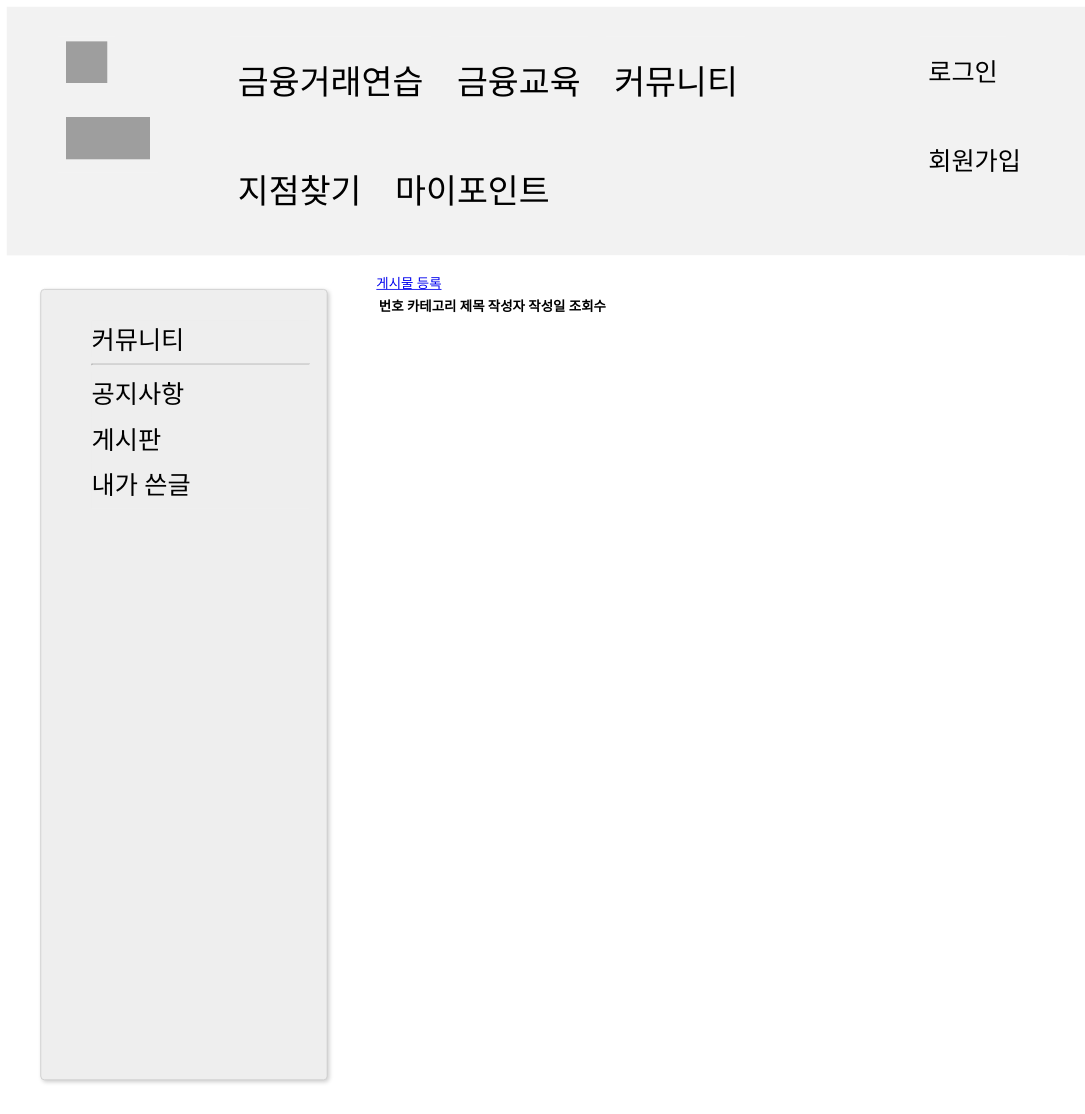
Repository: syc98syc/KB04_TeamProject
Page: http://localhost/jgig/WEB-INF/jsp/board/list.jsp
These files come from the project's save history. The page is drawn as it stood at one moment and after the next save; the edit follows.
The browser window is 1280 px wide. The page is 1292 px wide, so the pictures cover 1292 px, including what lies to the right of the window. The pictures show the whole page, at 84% of full size.
Pictures or frames that could not be fetched are drawn as grey boxes. Some web fonts or font styles are not loaded; a fallback is used. The page is served by Tomcat 9. Nobody is signed in. Other server files are loaded and not shown. The template is opened directly, without the code that normally fills it, so the values that code supplies are empty.

Above is the page before, as saved 2023-09-07 01:31:38.

### jgig/src/main/webapp/WEB-INF/jsp/board/list.jsp
<%@ page language="java" contentType="text/html; charset=UTF-8"
    pageEncoding="UTF-8"%>
<%@ taglib uri="http://java.sun.com/jsp/jstl/core" prefix="c" %>
<!DOCTYPE html>
<html>
<head>
<meta charset="UTF-8">
<title>웹게시물 목록</title>
<style>
#content {
 	margin-left: 420px; /* 사이드바 너비 + 여백만큼 오른쪽으로 밀어줍니다. */
    flex-grow: 1; /* 남은 공간을 모두 차지하도록 설정 */
    background-color: #fff; /* 배경색 설정 */
    padding: 20px; /* 내부 여백 설정 */
}
</style>
</head>
<body>
<%@ include file="../include/top_navbar.jsp" %>
<%@ include file="../include/left_navbar.jsp" %>
<div id="content">
	<a href="/jgig/board_insert_form">게시물 등록</a> <br>
	<table>
		<tr>
		<th>번호</th>
		<th>카테고리</th>
		<th>제목</th>
		<th>작성자</th>
		<th>작성일</th>
		<th>조회수</th>
		<c:forEach items="${board_list}" var="brd">
		<tr>
			<td>${brd.brd_id }</td>
			<td>${brd.brd_category }</td>
			<td><a href="board_detail?no=${brd.brd_id}">${brd.title}</a></td>
			<td>${brd.mem_id }</td>
			<td>${brd.brd_date_created }</td>
			<td>${brd.brd_view }</td>
		</tr>
		</c:forEach>
	</table>

</div>
</body>
</html>

### jgig/src/main/webapp/WEB-INF/jsp/include/top_navbar.jsp
<%@ page language="java" contentType="text/html; charset=UTF-8"
    pageEncoding="UTF-8"%>
<!DOCTYPE html>
<html>
<head>
<meta charset="UTF-8">
<title>Insert title here</title>
<style>
@import url('https://fonts.googleapis.com/css2?family=Nanum+Gothic+Coding:wght@700&display=swap');  /* 글꼴 */

/* 상단 메뉴 스타일 */
        #top-menu {
            background-color: #F2F2F2;
            color: #fff;
            padding: 10px;
            width: 100%;
             display: flex;
  justify-content: center;
        }


    #img1 {
		width: 7vmin;
		height: 7vmin;
	}


	#img2 {
		width: 14vmin;
		height: 7vmin;
	}

	#top-menu a {
    color: #000; /* 링크 글꼴 색상 설정 */
    text-decoration: none; /* 링크 밑줄 제거 */
}

	#top-menu ul{
		list-style: none;
	}
	#top-menu li{
		font-family: 'Nanum Gothic Coding', cursive;
		float: left;
		background: #F2F2F2;
		padding:5px 10px;
		font-size: 40px;
		margin: 10px;
	}

	#top-menu ul li a{
		line-height: 2.5;
	}

	#nav3 ul li{
		font-size:30px;
	}
</style>
</head>
<body>
	<div id = "top-menu">
		<nav id = "nav1">
				<ul>
					<li><img id="img1" src="../resources/img/KB.png"></li>
					<li><img id="img2" src="../resources/img/지금입금.png"></li>
				</ul>
		</nav id = "nav2">
		<nav>
				<ul>
					<li class="menu1"><a href="#">금융거래연습</a></li>
					<li class="menu2"><a href="#">금융교육</a></li>
					<li class="menu3"><a href="#">커뮤니티</a></li>
					<li class="menu4"><a href="#">지점찾기</a></li>
					<li class="menu5"><a href="#">마이포인트</a></li>
				</ul>
		</nav>
		<nav id = "nav3">
				<ul>
					<li class="menu6"><a href="#">로그인</a></li>
					<li class="menu7"><a href="#">회원가입</a></li>
				</ul>
		</nav>
	</div>

</body>
</html>

### jgig/src/main/webapp/WEB-INF/jsp/include/left_navbar.jsp
<%@ page language="java" contentType="text/html; charset=UTF-8"
    pageEncoding="UTF-8"%>
<!DOCTYPE html>
<html>
<head>
<meta charset="UTF-8">
<title>Insert title here</title>
<style>

@import url('https://fonts.googleapis.com/css2?family=Nanum+Gothic+Coding:wght@700&display=swap');  /* 글꼴 */
/* 좌측 사이드바 스타일 */
#sidebar {
    width: 300px; /* 박스 컨테이너의 너비 설정 */
    height: 900px; /* 박스 컨테이너의 높이 설정 */
    background-color: #eee; /* 배경색 설정 */
    color: #000; /* 글꼴 색상 설정 */
    padding: 20px; /* 내부 여백 설정 */
    border: 1px solid #ccc; /* 박스 컨테이너의 테두리 설정 */
    border-radius: 5px; /* 박스 컨테이너의 모서리를 둥글게 설정 */
    box-shadow: 2px 2px 5px rgba(0, 0, 0, 0.2); /* 그림자 효과 추가 */
    line-height: normal;
    display: inline-block;
    vertical-align: middle;
    margin: 40px;
    float: left; /*왼쪽에 떠있게*/
}

/* 좌측 사이드바 링크 스타일 */
#sidebar a {
    color: #000; /* 링크 글꼴 색상 설정 */
    text-decoration: none; /* 링크 밑줄 제거 */
}

/* 좌측 사이드바 링크 호버 스타일 */
#sidebar a:hover {
    text-decoration: underline; /* 호버 상태에서 밑줄 추가 */
}

/* 좌측 사이드바 제목 스타일 */
#sidebar
	ul{
		list-style: none;
	}
	li{
		font-family: 'Nanum Gothic Coding', cursive;
		display: block; /* 각 <li> 요소를 한 줄에 하나씩 표시 */
		background: #eee;
		font-size: 30px;
	}

	#sidebar ul li a{
		line-height: 1.8;
	}

</style>
</head>
<body>
	<div id = "sidebar">
		<nav>
				<ul>
					<li>커뮤니티</li> <hr>
					<li class="menu1"><a href="#">공지사항</a></li>
					<li class="menu2"><a href="#">게시판</a></li>
					<li class="menu3"><a href="#">내가 쓴글</a></li>
				</ul>
		</nav>
	</div>

</body>
</html>

After the next save:
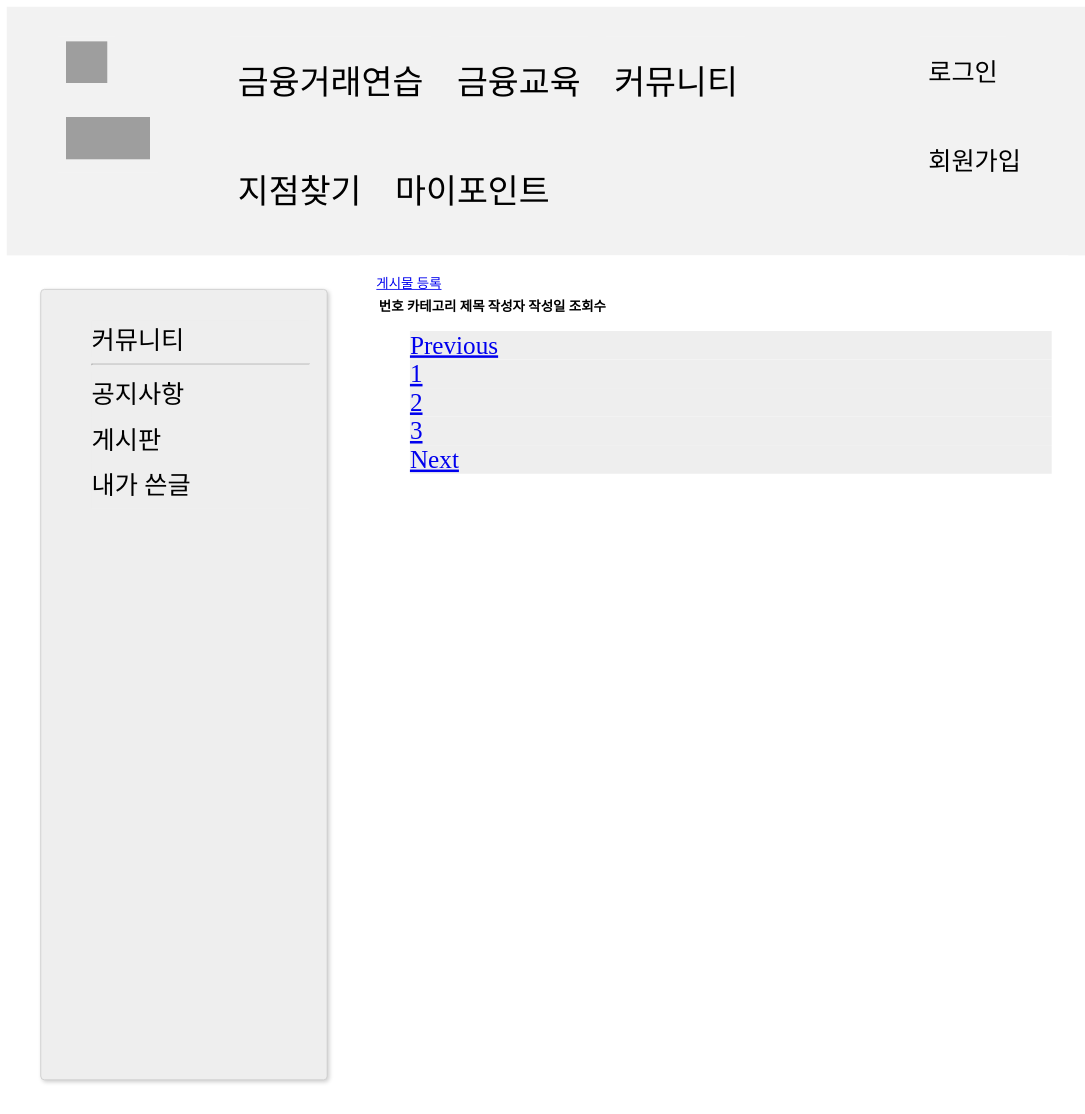
Saved 3 min 18 s later.
--- a/jgig/src/main/webapp/WEB-INF/jsp/board/list.jsp
+++ b/jgig/src/main/webapp/WEB-INF/jsp/board/list.jsp
@@ -39,6 +39,15 @@
 		</tr>
 		</c:forEach>
 	</table>
+	<nav aria-label="Page navigation example">
+  <ul class="pagination">
+    <li class="page-item"><a class="page-link" href="#">Previous</a></li>
+    <li class="page-item"><a class="page-link" href="#">1</a></li>
+    <li class="page-item"><a class="page-link" href="#">2</a></li>
+    <li class="page-item"><a class="page-link" href="#">3</a></li>
+    <li class="page-item"><a class="page-link" href="#">Next</a></li>
+  </ul>
+</nav>
 
 </div>
 </body>
